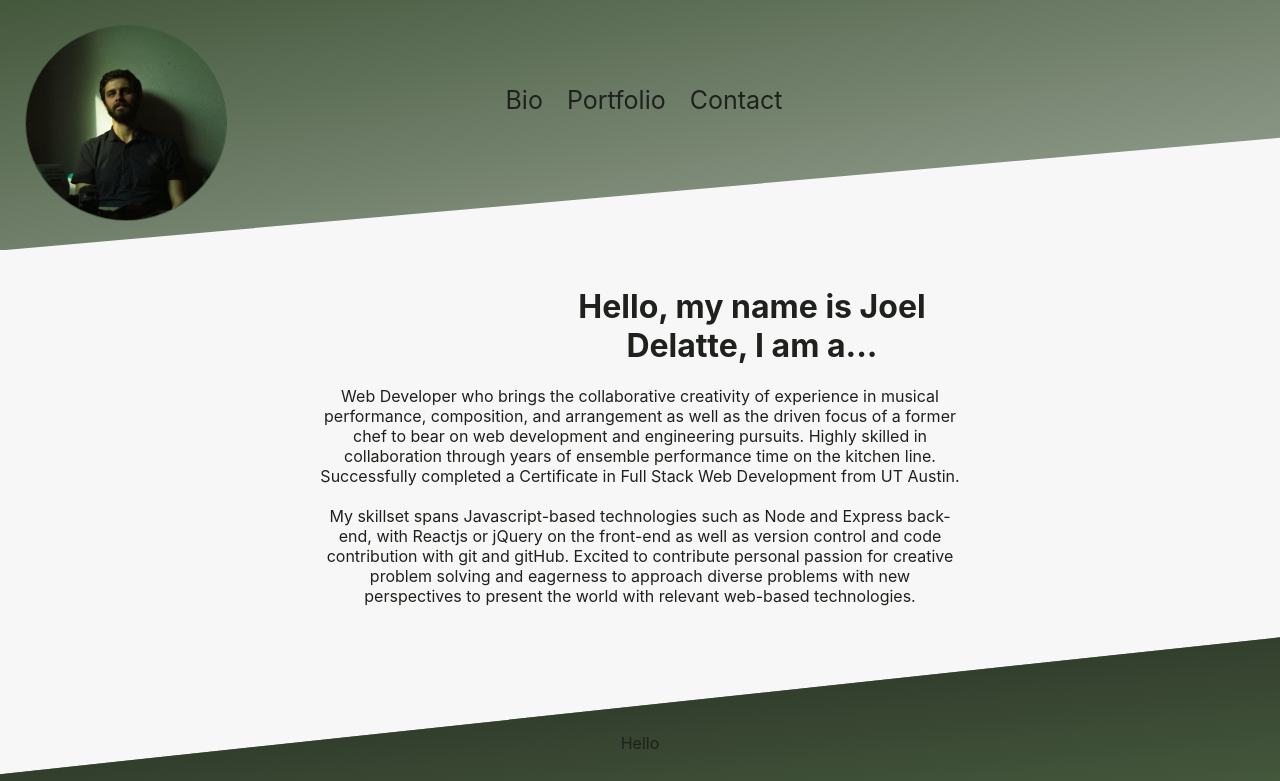
Repository: joeldelatte/react-portfolio
Page: / (app in client/)
An editor plug-in stored every save of this project. The page is shown before and after the next save, followed by the edit.
The browser window is 1280 px wide. The pictures show the whole page.
The project was rebuilt for these pictures with package versions that can differ from the ones it lists, and the page was loaded fresh each time. Also part of the build but not shown: client/src/App.css, client/src/Components/Contact/Contact.js, client/src/Components/Portfolio/Portfolio.js.

Above is the page before, as saved 2020-07-11 00:02:56.

After the next save:
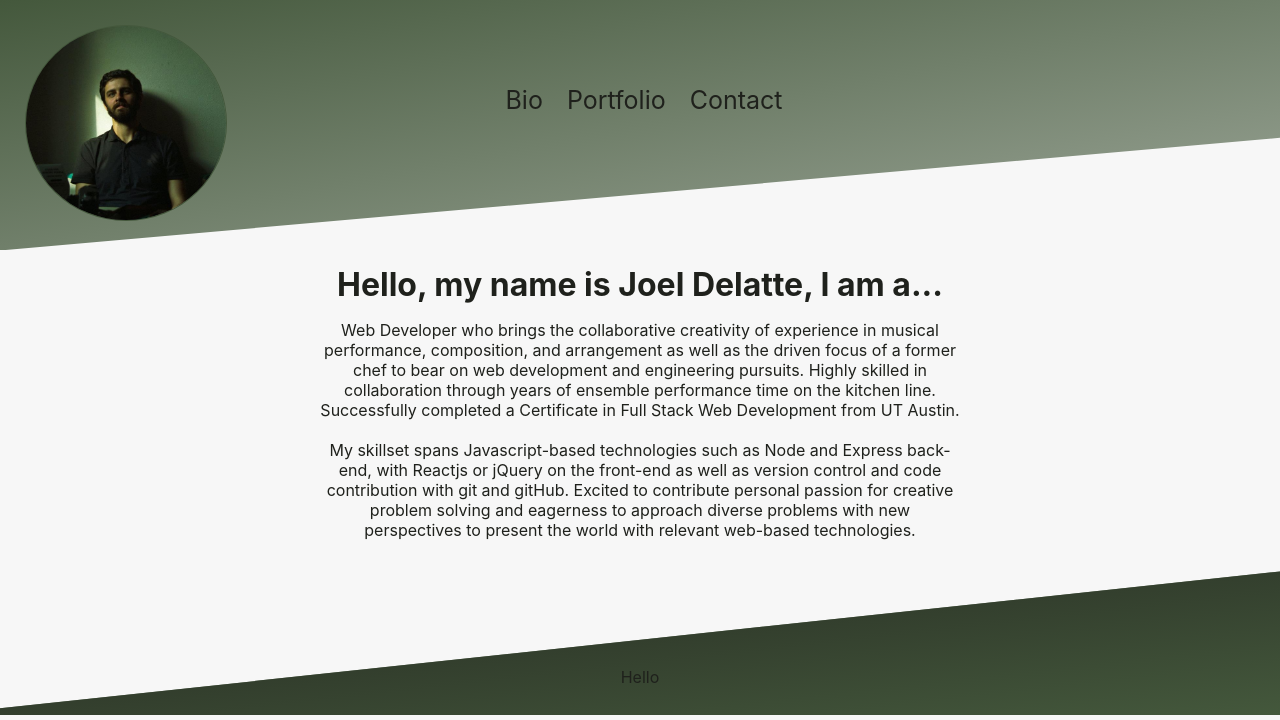
Saved 32 s later.
--- a/client/src/Components/Portfolio/portfolio.css
+++ b/client/src/Components/Portfolio/portfolio.css
@@ -7,7 +7,7 @@
 }
 
 h1 {
-    margin-left: 35%;
+    margin: 0 auto;
 }
 
 .projectBox {
